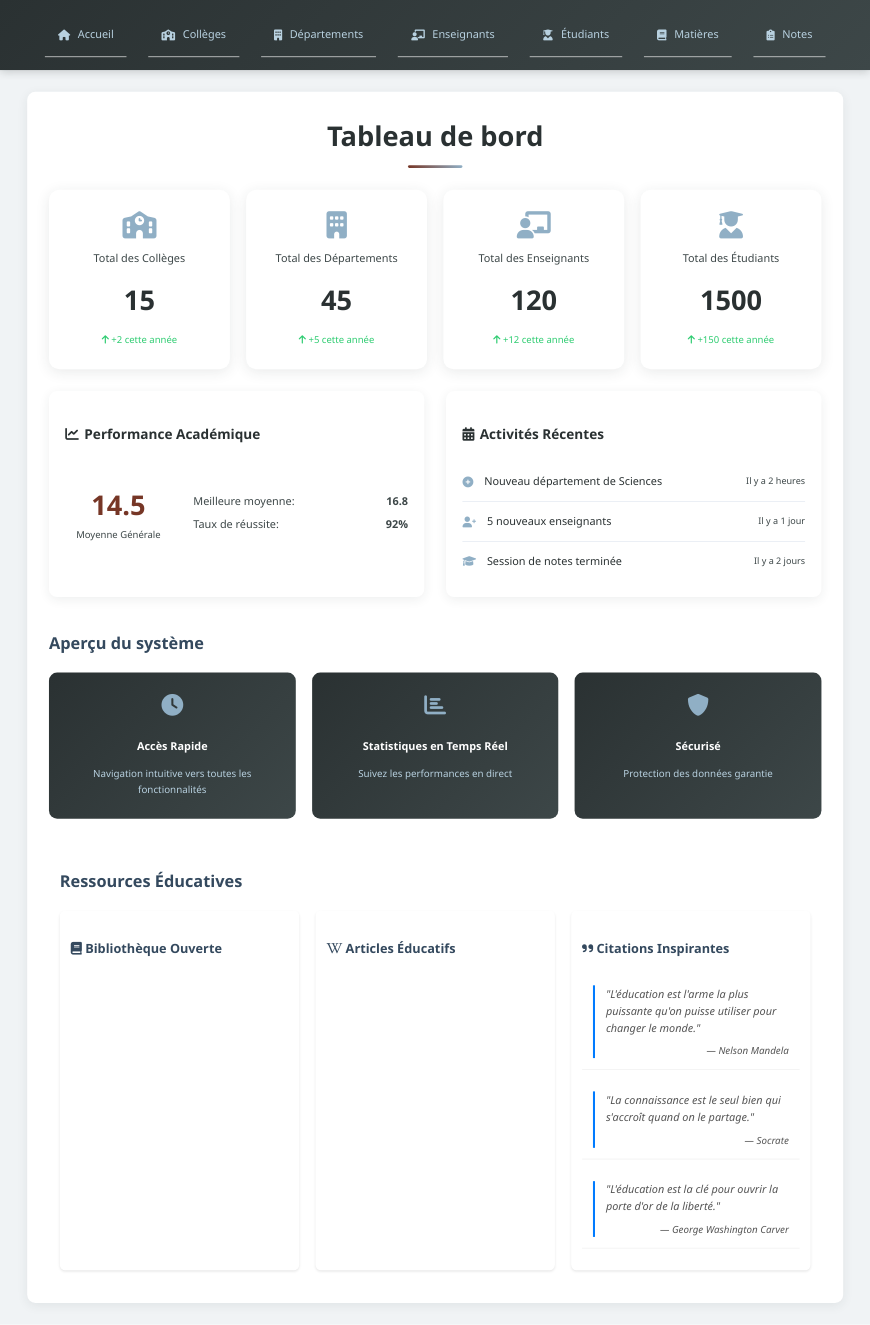
Repository: Ishimw3/college-management
Page: index.html
These files come from the project's save history. The page is drawn as it stood at one moment and after the next save; the edit follows.
The browser window is 1280 px wide. The pictures show the whole page, at 68% of full size.
The page's requests for data from a server got no answer.

Above is the page before, as saved 2025-02-24 21:57:09.
Console error: ReferenceError: UIManager is not defined

### index.html
<!DOCTYPE html>
<html lang="fr">
<head>
    <meta charset="UTF-8">
    <meta name="viewport" content="width=device-width, initial-scale=1.0">
    <title>Système de Gestion des Collèges</title>
    <link rel="stylesheet" href="assets/css/main.css">
    <link rel="stylesheet" href="https://cdnjs.cloudflare.com/ajax/libs/font-awesome/6.0.0-beta3/css/all.min.css">
</head>
<body>
    <nav>
        <ul>
            <li><a href="index.html"><i class="fas fa-home"></i> Accueil</a></li>
            <li><a href="pages/colleges.html"><i class="fas fa-school"></i> Collèges</a></li>
            <li><a href="pages/departements.html"><i class="fas fa-building"></i> Départements</a></li>
            <li><a href="pages/teachers.html"><i class="fas fa-chalkboard-teacher"></i> Enseignants</a></li>
            <li><a href="pages/students.html"><i class="fas fa-user-graduate"></i> Étudiants</a></li>
            <li><a href="pages/subjects.html"><i class="fas fa-book"></i> Matières</a></li>
            <li><a href="pages/grades.html"><i class="fas fa-clipboard-list"></i> Notes</a></li>
        </ul>
    </nav>

    <div class="container dashboard-container">
        <h1>Tableau de bord</h1>

        <!-- Statistiques principales -->
        <div class="stats-grid main-stats">
            <div class="stat-card">
                <div class="stat-item">
                    <i class="fas fa-school stat-icon"></i>
                    <div class="stat-label">Total des Collèges</div>
                    <div class="stat-value">15</div>
                    <div class="stat-trend positive">
                        <i class="fas fa-arrow-up"></i> +2 cette année
                    </div>
                </div>
            </div>
            <div class="stat-card">
                <div class="stat-item">
                    <i class="fas fa-building stat-icon"></i>
                    <div class="stat-label">Total des Départements</div>
                    <div class="stat-value">45</div>
                    <div class="stat-trend positive">
                        <i class="fas fa-arrow-up"></i> +5 cette année
                    </div>
                </div>
            </div>
            <div class="stat-card">
                <div class="stat-item">
                    <i class="fas fa-chalkboard-teacher stat-icon"></i>
                    <div class="stat-label">Total des Enseignants</div>
                    <div class="stat-value">120</div>
                    <div class="stat-trend positive">
                        <i class="fas fa-arrow-up"></i> +12 cette année
                    </div>
                </div>
            </div>
            <div class="stat-card">
                <div class="stat-item">
                    <i class="fas fa-user-graduate stat-icon"></i>
                    <div class="stat-label">Total des Étudiants</div>
                    <div class="stat-value">1500</div>
                    <div class="stat-trend positive">
                        <i class="fas fa-arrow-up"></i> +150 cette année
                    </div>
                </div>
            </div>
        </div>

        <!-- Sections rapides -->
        <div class="quick-access-grid">
            <div class="quick-access-card">
                <h3><i class="fas fa-chart-line"></i> Performance Académique</h3>
                <div class="performance-stats">
                    <div class="chart-container">
                        <div class="chart-value">14.5</div>
                        <div class="chart-label">Moyenne Générale</div>
                    </div>
                    <div class="performance-details">
                        <div class="detail-item">
                            <span>Meilleure moyenne:</span>
                            <strong>16.8</strong>
                        </div>
                        <div class="detail-item">
                            <span>Taux de réussite:</span>
                            <strong>92%</strong>
                        </div>
                    </div>
                </div>
            </div>

            <div class="quick-access-card">
                <h3><i class="fas fa-calendar-alt"></i> Activités Récentes</h3>
                <ul class="activity-list">
                    <li>
                        <i class="fas fa-plus-circle"></i>
                        <span>Nouveau département de Sciences</span>
                        <small>Il y a 2 heures</small>
                    </li>
                    <li>
                        <i class="fas fa-user-plus"></i>
                        <span>5 nouveaux enseignants</span>
                        <small>Il y a 1 jour</small>
                    </li>
                    <li>
                        <i class="fas fa-graduation-cap"></i>
                        <span>Session de notes terminée</span>
                        <small>Il y a 2 jours</small>
                    </li>
                </ul>
            </div>
        </div>

        <!-- Aperçu du système -->
        <div class="system-overview">
            <h2>Aperçu du système</h2>
            <div class="overview-grid">
                <div class="overview-card">
                    <i class="fas fa-clock"></i>
                    <h4>Accès Rapide</h4>
                    <p>Navigation intuitive vers toutes les fonctionnalités</p>
                </div>
                <div class="overview-card">
                    <i class="fas fa-chart-bar"></i>
                    <h4>Statistiques en Temps Réel</h4>
                    <p>Suivez les performances en direct</p>
                </div>
                <div class="overview-card">
                    <i class="fas fa-shield-alt"></i>
                    <h4>Sécurisé</h4>
                    <p>Protection des données garantie</p>
                </div>
            </div>
        </div>

        <!-- Ressources Éducatives -->
        <div class="educational-resources">
            <h2>Ressources Éducatives</h2>
            <div class="resources-grid">
                <div class="resource-card open-library">
                    <h3><i class="fas fa-book"></i> Bibliothèque Ouverte</h3>
                    <div id="open-library-content" class="api-content">
                        <!-- Populated by API -->
                    </div>
                </div>

                <div class="resource-card wikipedia">
                    <h3><i class="fab fa-wikipedia-w"></i> Articles Éducatifs</h3>
                    <div id="wikipedia-content" class="api-content">
                        <!-- Populated by API -->
                    </div>
                </div>

                <div class="resource-card quotes">
                    <h3><i class="fas fa-quote-right"></i> Citations Inspirantes</h3>
                    <div id="quotes-content" class="api-content">
                        <!-- Populated by API -->
                    </div>
                </div>
            </div>
        </div>
    </div>

    <script src="assets/js/utils.js"></script>
    <script src="assets/js/main.js"></script>
    <script src="assets/js/free-api-integration.js"></script>
</body>
</html>

### assets/js/free-api-integration.js
// Open Library
async function fetchOpenLibrary() {
    try {
        const subject = 'education';
        const response = await fetch(`https://openlibrary.org/subjects/${subject}.json?limit=3`);
        const data = await response.json();
        displayOpenLibrary(data.works);
    } catch (error) {
        console.error('Error fetching Open Library books:', error);
    }
}

// Wikipedia API
async function fetchWikipediaArticles() {
    try {
        const query = 'Mathematiques';
        const response = await fetch(
            `https://fr.wikipedia.org/w/api.php?origin=*&action=query&list=search&srsearch=${query}&format=json&srlimit=3`
        );
        const data = await response.json();
        displayWikipediaArticles(data.query.search);
    } catch (error) {
        console.error('Error fetching Wikipedia articles:', error);
    }
}

// Updated Quotes API
async function fetchQuotes() {
    try {
        const quotes = [
            {
                content: "L'éducation est l'arme la plus puissante qu'on puisse utiliser pour changer le monde.",
                author: "Nelson Mandela"
            },
            {
                content: "La connaissance est le seul bien qui s'accroît quand on le partage.",
                author: "Socrate"
            },
            {
                content: "L'éducation est la clé pour ouvrir la porte d'or de la liberté.",
                author: "George Washington Carver"
            }
        ];
        displayQuotes(quotes);
    } catch (error) {
        console.error('Error with quotes:', error);
    }
}

// Display Functions
function displayOpenLibrary(books) {
    const container = document.getElementById('open-library-content');
    container.innerHTML = books.map(book => `
        <div class="book-item">
            <h4>${book.title}</h4>
            <p>Par: ${book.authors[0]?.name || 'Auteur Inconnu'}</p>
            <a href="https://openlibrary.org${book.key}" target="_blank">Plus d'infos</a>
        </div>
    `).join('');
}

function displayWikipediaArticles(articles) {
    const container = document.getElementById('wikipedia-content');
    container.innerHTML = articles.map(article => `
        <div class="wiki-item">
            <h4>${article.title}</h4>
            <p>${article.snippet.replace(/<\/?span[^>]*>/g, '')}...</p>
            <a href="https://fr.wikipedia.org/wiki/${encodeURIComponent(article.title)}"
               target="_blank">Lire plus</a>
        </div>
    `).join('');
}

function displayQuotes(quotes) {
    const container = document.getElementById('quotes-content');
    container.innerHTML = quotes.map(quote => `
        <div class="quote-item">
            <blockquote>
                "${quote.content}"
                <footer>— ${quote.author}</footer>
            </blockquote>
        </div>
    `).join('');
}


document.addEventListener('DOMContentLoaded', () => {
    fetchOpenLibrary();
    fetchWikipediaArticles();
    fetchQuotes();
});

setInterval(() => {
    fetchOpenLibrary();
    fetchWikipediaArticles();
    fetchQuotes();
}, 300000);

Loaded but not shown: assets/js/utils.js (48 lines, source omitted); assets/js/main.js (23 lines, source omitted); assets/css/main.css (804 lines, source omitted)

After the next save:
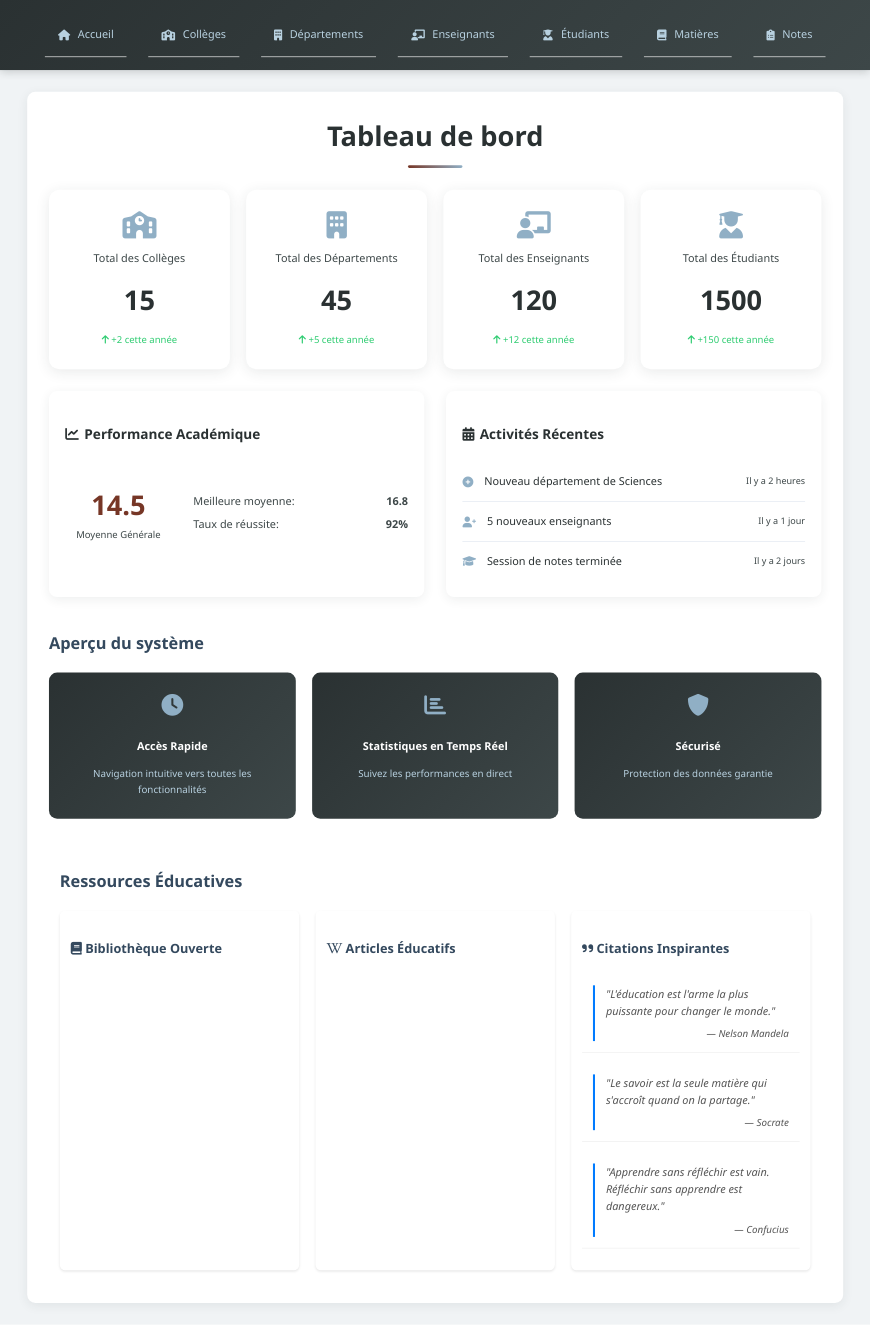
Saved 26 min 50 s later.
--- a/assets/js/free-api-integration.js
+++ b/assets/js/free-api-integration.js
@@ -24,30 +24,43 @@ async function fetchWikipediaArticles() {
     }
 }
 
-// Updated Quotes API
+// Updated Quotes API using Quotable API
 async function fetchQuotes() {
     try {
-        const quotes = [
+        const response = await fetch('https://api.quotable.io/quotes/random?limit=3&tags=education,knowledge,wisdom');
+        const data = await response.json();
+
+        if (!Array.isArray(data)) {
+            throw new Error('Invalid response from Quotes API');
+        }
+
+        const formattedQuotes = data.map(quote => ({
+            content: quote.content,
+            author: quote.author
+        }));
+
+        displayQuotes(formattedQuotes);
+    } catch (error) {
+        console.error('Error fetching quotes:', error);
+        // Fallback quotes in case API fails
+        const fallbackQuotes = [
             {
-                content: "L'éducation est l'arme la plus puissante qu'on puisse utiliser pour changer le monde.",
+                content: "L'éducation est l'arme la plus puissante pour changer le monde.",
                 author: "Nelson Mandela"
             },
             {
-                content: "La connaissance est le seul bien qui s'accroît quand on le partage.",
+                content: "Le savoir est la seule matière qui s'accroît quand on la partage.",
                 author: "Socrate"
             },
             {
-                content: "L'éducation est la clé pour ouvrir la porte d'or de la liberté.",
-                author: "George Washington Carver"
+                content: "Apprendre sans réfléchir est vain. Réfléchir sans apprendre est dangereux.",
+                author: "Confucius"
             }
         ];
-        displayQuotes(quotes);
-    } catch (error) {
-        console.error('Error with quotes:', error);
+        displayQuotes(fallbackQuotes);
     }
 }
 
-// Display Functions
 function displayOpenLibrary(books) {
     const container = document.getElementById('open-library-content');
     container.innerHTML = books.map(book => `
@@ -73,16 +86,17 @@ function displayWikipediaArticles(articles) {
 
 function displayQuotes(quotes) {
     const container = document.getElementById('quotes-content');
+    if (!container) return;
+
     container.innerHTML = quotes.map(quote => `
         <div class="quote-item">
             <blockquote>
-                "${quote.content}"
+                <p>"${quote.content}"</p>
                 <footer>— ${quote.author}</footer>
             </blockquote>
         </div>
     `).join('');
 }
-
 
 document.addEventListener('DOMContentLoaded', () => {
     fetchOpenLibrary();
